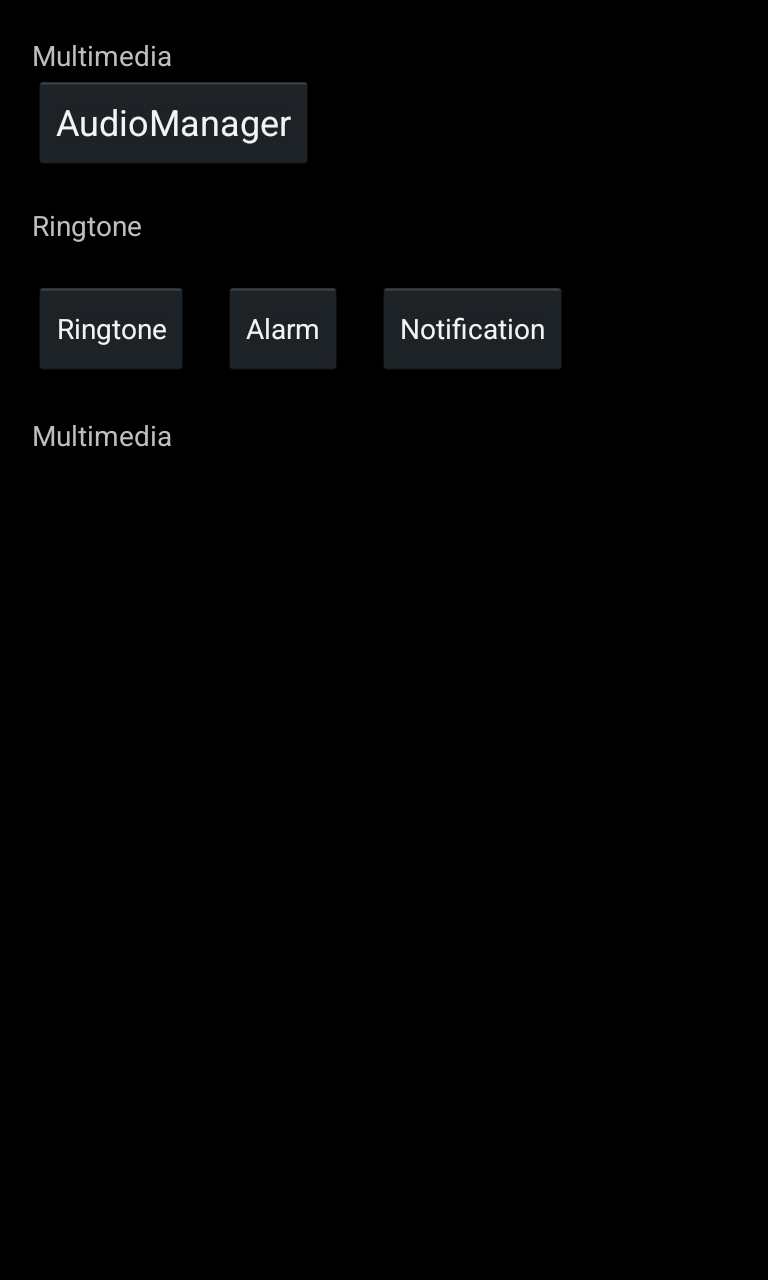
Repository: Amir13/Android_Basic_Steps
Layout: ViewElements5/res/layout/fragment_multimedia.xml
These files come from the project's save history. The layout is drawn as it stood at one moment and after the next save; the edit follows.
It is drawn on a 768 x 1280 px phone screen (xhdpi) without system bars, with theme android:Theme.Holo; the app's code is not run.

Above is the layout before, as saved 2014-06-15 14:48:48.

### ViewElements5/res/layout/fragment_multimedia.xml
<?xml version="1.0" encoding="utf-8"?>
<RelativeLayout xmlns:android="http://schemas.android.com/apk/res/android"
    android:layout_width="match_parent"
    android:layout_height="match_parent" >

    <TextView
        android:id="@+id/textView1"
        android:layout_width="wrap_content"
        android:layout_height="wrap_content"
        android:layout_alignParentLeft="true"
        android:layout_alignParentTop="true"
        android:layout_marginLeft="16dp"
        android:layout_marginTop="18dp"
        android:text="Multimedia" />

    <Button
        android:id="@+id/btnAudio"
        android:layout_width="wrap_content"
        android:layout_height="wrap_content"
        android:layout_alignLeft="@+id/textView1"
        android:layout_below="@+id/textView1"
        android:text="AudioManager" />

    <TextView
        android:id="@+id/textView2"
        android:layout_width="wrap_content"
        android:layout_height="wrap_content"
        android:layout_alignLeft="@+id/btnAudio"
        android:layout_below="@+id/btnAudio"
        android:layout_marginTop="18dp"
        android:text="@string/ringtone" />

    <Button
        android:id="@+id/btnRingtone"
        style="?android:attr/buttonStyleSmall"
        android:layout_width="wrap_content"
        android:layout_height="wrap_content"
        android:layout_alignLeft="@+id/textView2"
        android:layout_below="@+id/textView2"
        android:layout_marginTop="18dp"
        android:text="@string/ringtone" />

    <Button
        android:id="@+id/btnAlarm"
        style="?android:attr/buttonStyleSmall"
        android:layout_width="wrap_content"
        android:layout_height="wrap_content"
        android:layout_alignBaseline="@+id/btnRingtone"
        android:layout_alignBottom="@+id/btnRingtone"
        android:layout_marginLeft="16dp"
        android:layout_toRightOf="@+id/btnRingtone"
        android:text="Alarm" />

    <Button
        android:id="@+id/btnNotification"
        style="?android:attr/buttonStyleSmall"
        android:layout_width="wrap_content"
        android:layout_height="wrap_content"
        android:layout_alignBaseline="@+id/btnAlarm"
        android:layout_alignBottom="@+id/btnAlarm"
        android:layout_marginLeft="16dp"
        android:layout_toRightOf="@+id/btnAlarm"
        android:text="Notification" />

    <TextView
        android:id="@+id/textView3"
        android:layout_width="wrap_content"
        android:layout_height="wrap_content"
        android:layout_alignLeft="@+id/btnRingtone"
        android:layout_below="@+id/btnRingtone"
        android:layout_marginTop="20dp"
        android:text="Multimedia" />

</RelativeLayout>

### ViewElements5/res/values/strings.xml
<?xml version="1.0" encoding="utf-8"?>
<resources>

    <string name="app_name">ViewElements5</string>
    <string name="action_settings">Settings</string>
    <string name="title_section1">Touch &amp; Gestures</string>
    <string name="title_section2">Multimedia</string>
    <string name="title_section3">Section 3</string>
    <string name="title_activity_touch">TouchActivity</string>
    <string name="title_activity_gesture">Gesture Activity</string>
    <string name="title_activity_gesture_builder">Gesture Builder Activity</string>
    <string name="title_activity_audio_manager">AudioManager Activity</string>
    <string name="hello_world">Hello world!</string>
    <string name="down_string">Down</string>
    <string name="up_string">Up</string>
    <string name="play_string">Play</string>
    <string name="ringtone">Ringtone</string>

</resources>

After the next save:
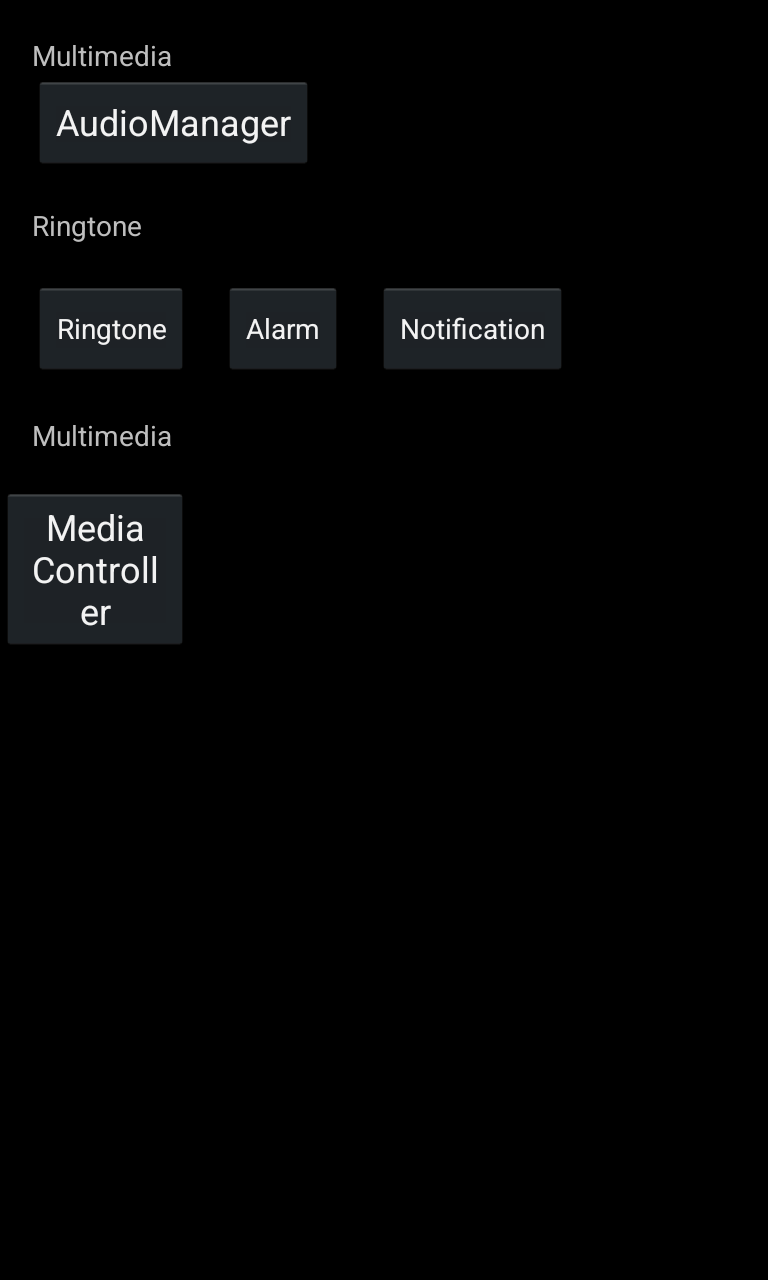
Saved 47 s later.
--- a/ViewElements5/res/layout/fragment_multimedia.xml
+++ b/ViewElements5/res/layout/fragment_multimedia.xml
@@ -71,4 +71,13 @@
         android:layout_marginTop="20dp"
         android:text="Multimedia" />
 
+    <Button
+        android:id="@+id/btnVideo"
+        android:layout_width="wrap_content"
+        android:layout_height="wrap_content"
+        android:layout_below="@+id/textView3"
+        android:layout_marginTop="16dp"
+        android:layout_toLeftOf="@+id/btnAlarm"
+        android:text="Media Controller" />
+
 </RelativeLayout>
